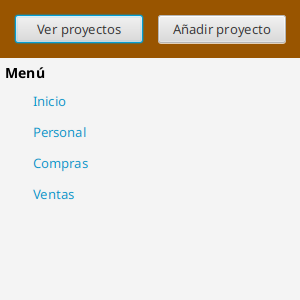
Repository: anxoportela/PROG
Program's window: java Java_Interfaz/ProyectoJavaFX/src/com/acarballeira/javaFX/ejemplo8/App.java
An editor plug-in stored every save of this project. The program's window is shown before and after the next save, followed by the edit.
It runs on Java 21 on a 1366 x 768 screen with JavaFX 11; the title bar is not drawn.

Above is the program's window before, as saved 2020-03-05 20:08:54.

After the next save:
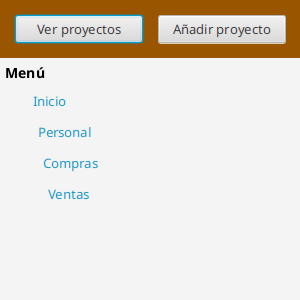
Saved 24 s later.
--- a/Java_Interfaz/ProyectoJavaFX/src/com/acarballeira/javaFX/ejemplo8/App.java
+++ b/Java_Interfaz/ProyectoJavaFX/src/com/acarballeira/javaFX/ejemplo8/App.java
@@ -65,8 +65,9 @@
 				new Hyperlink("Ventas"),
 		};
 
+		int x = 18;
+
 		for (int i = 0; i < opciones.length; i++) {
-			int x = 18;
 			VBox.setMargin(opciones[i], new Insets(0,0,0,x+=5));
 			vbox.getChildren().add(opciones[i]);
 		}
